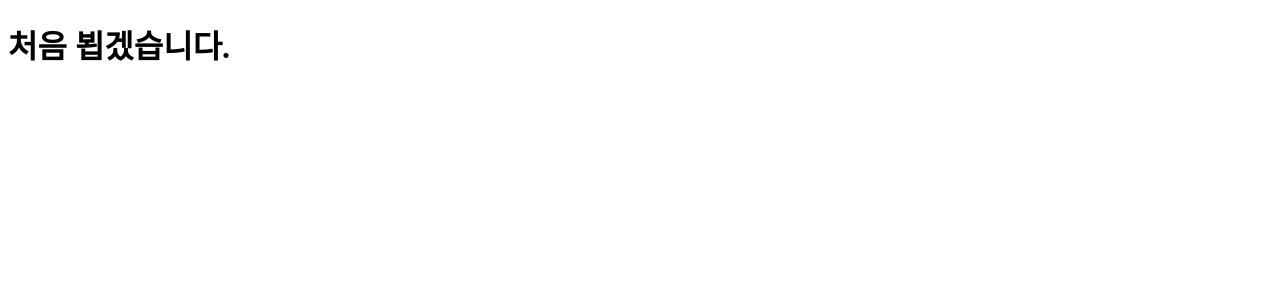
Repository: praivesi/mvc_workspace
Page: http://localhost/mvc/w20190115/jstlEx03.jsp
The author's editor kept a copy of each file at every save. The page is drawn from the files as they stood at one save, then again after the next save.
The browser window is 1280 px wide. The pictures show the whole page.
The page is served by Tomcat 9.

Above is the page before, as saved 2019-01-15 11:21:23.

After the next save:
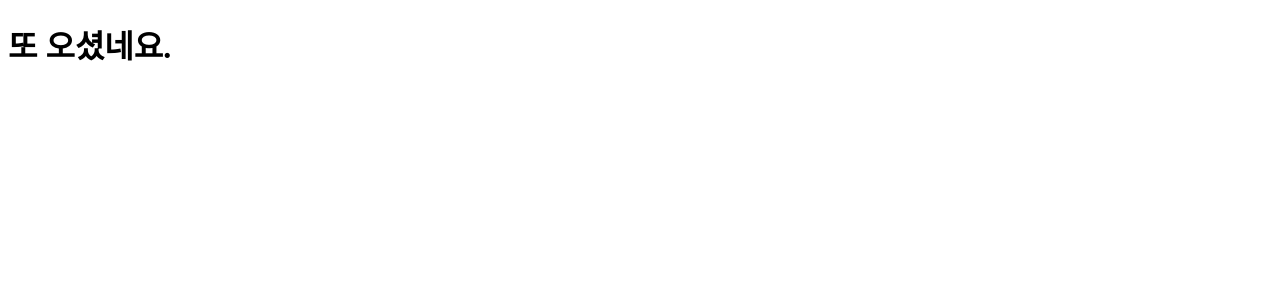
Saved 13 s later.
--- a/mvc/WebContent/w20190115/jstlEx03.jsp
+++ b/mvc/WebContent/w20190115/jstlEx03.jsp
@@ -8,7 +8,7 @@
 <title>jstlEx03.jsp</title>
 </head>
 <body>
-	<c:set var="visitor" value="0" scope="session"/>
+	<c:set var="visitor" value="1" scope="session"/>
 	<jsp:forward page="jstlEx03sub.jsp"/>
 </body>
 </html>
